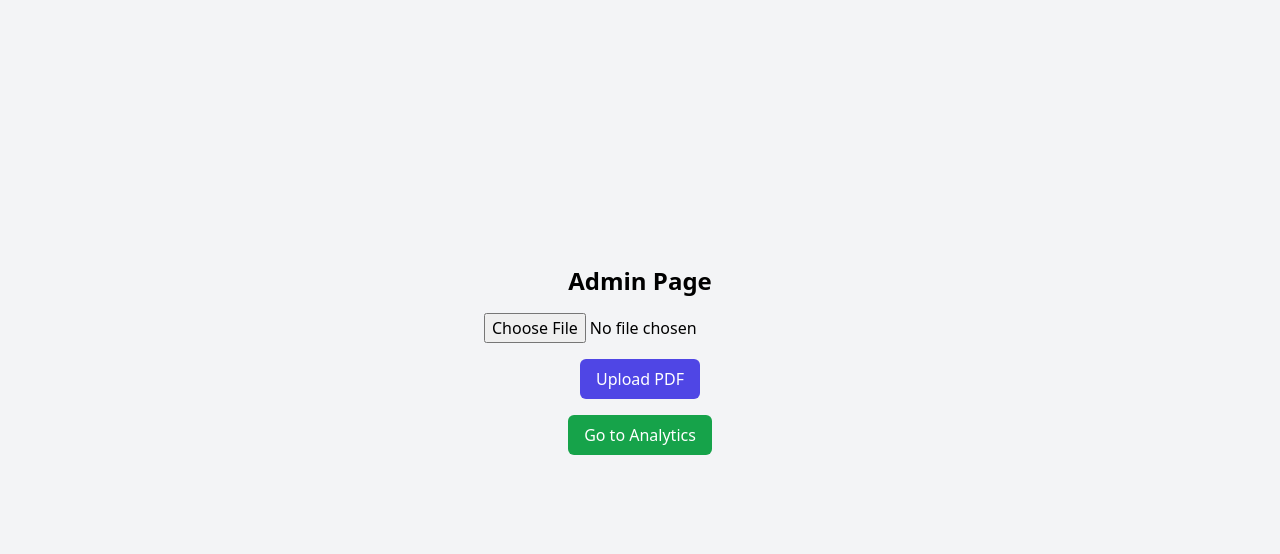
Repository: HackRx50/PS6-3k1P
Page: /admin (app in frontend/)
These files come from the project's save history. The page is drawn as it stood at one moment and after the next save; the edit follows.
The browser window is 1280 px wide. The pictures show the whole page.
The project was rebuilt for these pictures with package versions that can differ from the ones it lists, and the page was loaded fresh each time. Also part of the build but not shown: frontend/vite.config.js, frontend/src/pages/User.jsx, frontend/src/components/Navbar.jsx, frontend/src/App.jsx, frontend/src/pages/Quiz.jsx.

Above is the page before, as saved 2024-09-19 23:36:22.

### frontend/src/main.jsx
import React from 'react';
import ReactDOM from 'react-dom/client';
import { BrowserRouter as Router, Routes, Route } from 'react-router-dom';
import './index.css';
import User from './pages/user';
import Admin from './pages/Admin';
import App from './App';
import Quiz from './pages/Quiz';

const root = ReactDOM.createRoot(document.getElementById('root'));
root.render(
  <React.StrictMode>
    <Router>
      <Routes>
          <Route path='/' element={<App/>}/>
          <Route path='/quiz' element={<Quiz/>}/>
          <Route path="/user" element={<User />} />
          <Route path="/admin" element={<Admin />} />
      </Routes>
    </Router>
  </React.StrictMode>
);

### frontend/src/pages/Admin.jsx
import React, { useState } from 'react';
import axios from 'axios';

function Admin() {
  const [selectedFile, setSelectedFile] = useState(null);
  const [uploadStatus, setUploadStatus] = useState('');

  const handleFileChange = (e) => {
    setSelectedFile(e.target.files[0]);
  };

  const handleUpload = async () => {
    if (!selectedFile) {
      setUploadStatus('Please select a PDF file.');
      return;
    }

    const formData = new FormData();
    formData.append('pdf', selectedFile);

    try {
      const response = await axios.post(import.meta.env.VITE_BACKEND_URL + '/upload_pdf', formData, {
        headers: {
          'Content-Type': 'multipart/form-data',
        },
      });

      if (response.status === 200) {
        setUploadStatus('PDF uploaded successfully!');
      }
    } catch (error) {
      setUploadStatus('Error uploading PDF. Please try again.');
    }
  };

  const navigateToAnalytics = () => {
    window.location.href = '/analytics';
  };

  return (
    <div className="min-h-screen flex flex-col items-center justify-center bg-gray-100 p-6">
      <h1 className="text-2xl font-bold mb-4">Admin Page</h1>

      <div className="mb-4">
        <input type="file" accept="application/pdf" onChange={handleFileChange} />
      </div>

      <button
        onClick={handleUpload}
        className="px-4 py-2 bg-indigo-600 text-white rounded-md mb-4"
      >
        Upload PDF
      </button>

      <button
        onClick={navigateToAnalytics}
        className="px-4 py-2 bg-green-600 text-white rounded-md"
      >
        Go to Analytics
      </button>

      {uploadStatus && <p className="mt-4">{uploadStatus}</p>}
    </div>
  );
}

export default Admin;

Loaded but not shown: frontend/index.html (common file); frontend/src/index.css (common file); frontend/tailwind.config.js (common file)

After the next save:
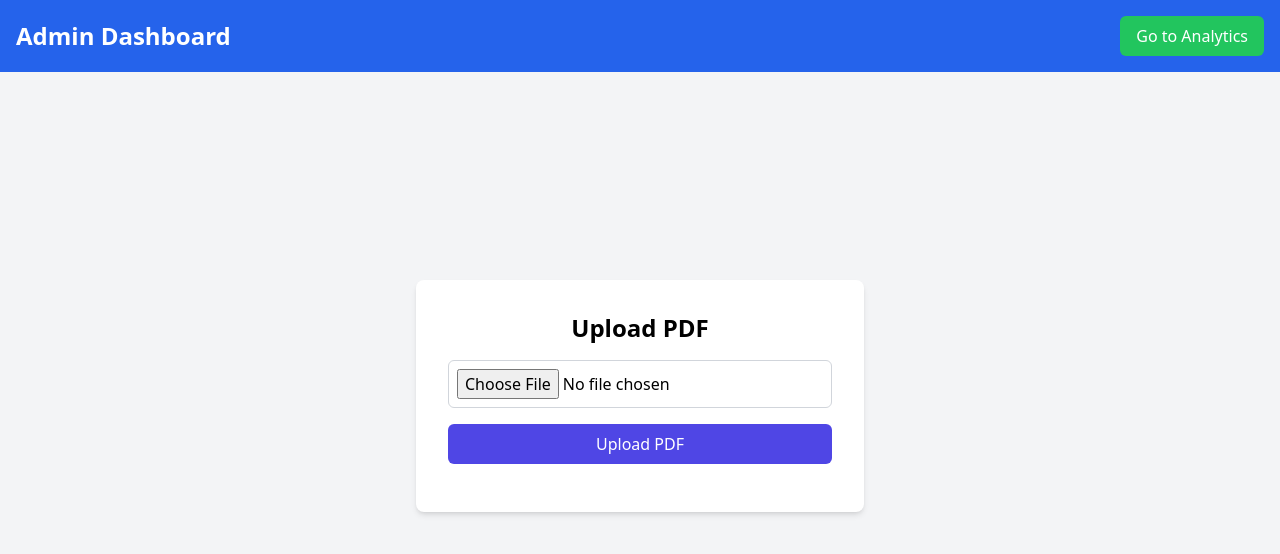
Saved 78 s later.
--- a/frontend/src/pages/Admin.jsx
+++ b/frontend/src/pages/Admin.jsx
@@ -38,28 +38,42 @@ function Admin() {
   };
 
   return (
-    <div className="min-h-screen flex flex-col items-center justify-center bg-gray-100 p-6">
-      <h1 className="text-2xl font-bold mb-4">Admin Page</h1>
+    <div className="min-h-screen flex flex-col bg-gray-100">
+      <nav className="bg-blue-600 p-4">
+        <div className="container mx-auto flex justify-between items-center">
+          <h1 className="text-white text-2xl font-bold">Admin Dashboard</h1>
+          <button
+            onClick={navigateToAnalytics}
+            className="px-4 py-2 bg-green-500 text-white rounded-md"
+          >
+            Go to Analytics
+          </button>
+        </div>
+      </nav>
 
-      <div className="mb-4">
-        <input type="file" accept="application/pdf" onChange={handleFileChange} />
+      <div className="flex-grow flex flex-col items-center justify-center p-6">
+        <div className="bg-white shadow-md rounded-lg p-8 w-full max-w-md">
+          <h2 className="text-2xl font-bold mb-4 text-center">Upload PDF</h2>
+
+          <div className="mb-4">
+            <input
+              type="file"
+              accept="application/pdf"
+              onChange={handleFileChange}
+              className="w-full p-2 border border-gray-300 rounded-md"
+            />
+          </div>
+
+          <button
+            onClick={handleUpload}
+            className="w-full px-4 py-2 bg-indigo-600 text-white rounded-md mb-4"
+          >
+            Upload PDF
+          </button>
+
+          {uploadStatus && <p className="mt-4 text-center">{uploadStatus}</p>}
+        </div>
       </div>
-
-      <button
-        onClick={handleUpload}
-        className="px-4 py-2 bg-indigo-600 text-white rounded-md mb-4"
-      >
-        Upload PDF
-      </button>
-
-      <button
-        onClick={navigateToAnalytics}
-        className="px-4 py-2 bg-green-600 text-white rounded-md"
-      >
-        Go to Analytics
-      </button>
-
-      {uploadStatus && <p className="mt-4">{uploadStatus}</p>}
     </div>
   );
 }
